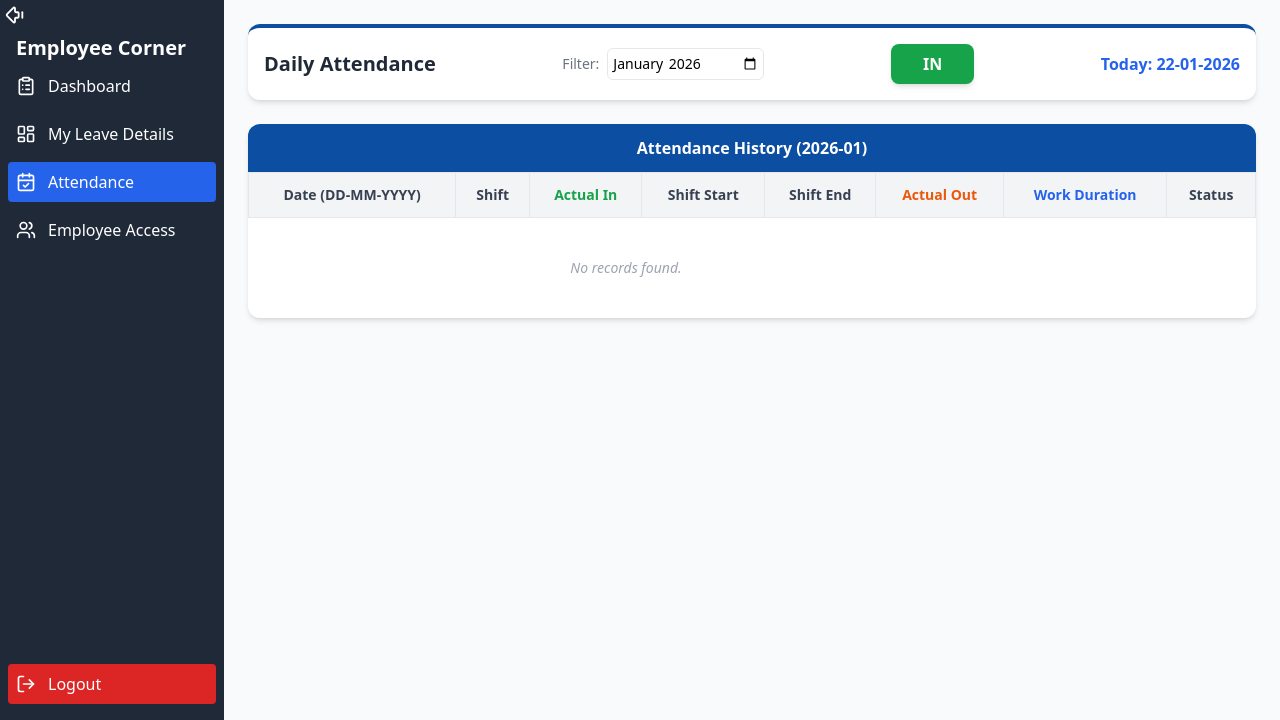
Repository: sixfoxtechnology123/DORIKA_HOSPITAL
Page: /EmployeeAttendance
These files come from the project's save history. The page is drawn as it stood at one moment and after the next save; the edit follows.
The browser window is 1280 px wide. The pictures show the whole page.
The project was rebuilt for these pictures with package versions that can differ from the ones it lists, and the page was loaded fresh each time. Also part of the build but not shown: src/component/HomePage.js, src/component/BackButton.js, src/Master/MasterPage.js, src/component/Sidebar.js, src/Master/DepartmentList.js, src/Master/DepartmentMaster.js, src/Master/DesignationMaster.js, src/Master/DesignationList.js and 40 more.

Above is the page before, as saved 2026-01-22 14:46:09.

After the next save:
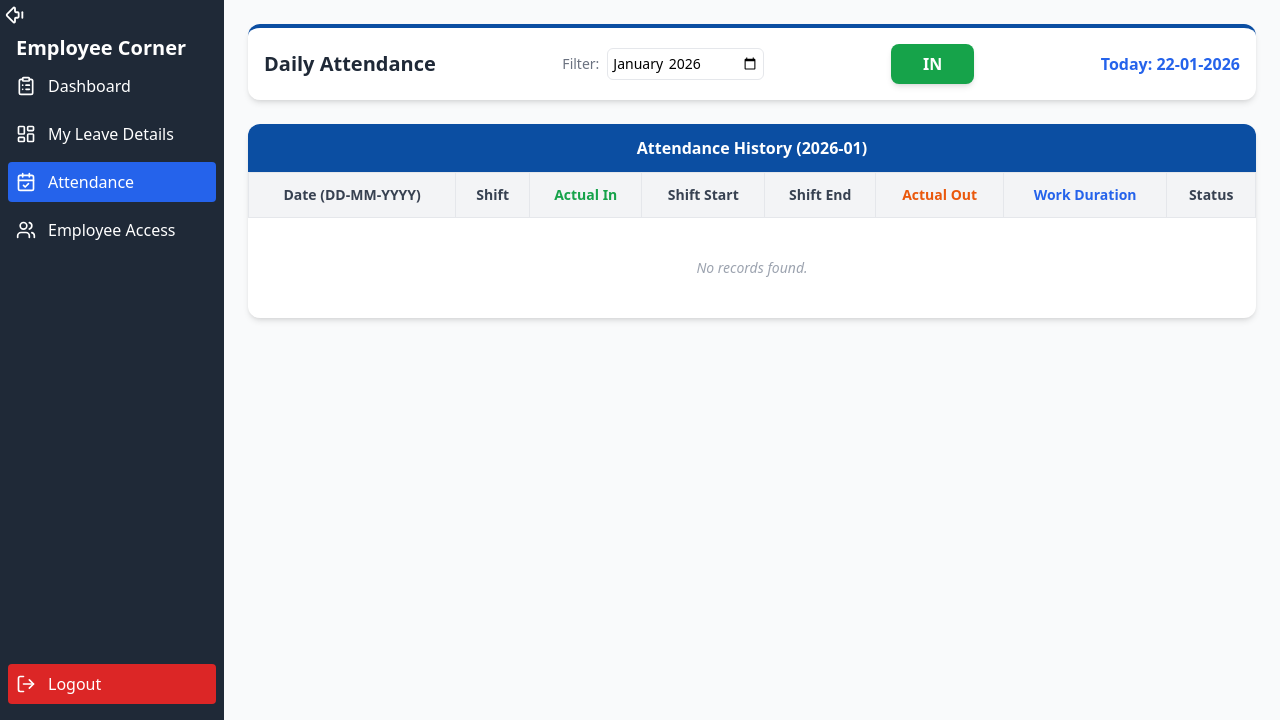
Saved 38 s later.
--- a/src/EmployeeCorner/EmployeeAttendance.js
+++ b/src/EmployeeCorner/EmployeeAttendance.js
@@ -180,72 +180,81 @@ const EmployeeAttendance = () => {
             <th className="p-3 border">Status</th>
           </tr>
         </thead>
-            <tbody>
-                {filteredRecords.length > 0 ? (
-                  filteredRecords.slice().reverse().map((rec, index) => {
-                    // Calculate work duration for this row
-                    const workTime = calculateWorkTime(rec.checkInTime, rec.checkOutTime);
-
-                    return (
-                      <tr
-                        key={index}
-                        className={`border-b ${rec.status.includes('Holiday') ? 'bg-yellow-50' : 'hover:bg-blue-50'}`}
-                      >
-                        {/* 1. Date Column */}
-                        <td className="p-3 border font-medium">
-                          {formatDateDisplay(rec.date)}
-                        </td>
-
-                        {/* 2. Shift Code Column (Added based on your new logic) */}
-                        <td className="p-3 border font-bold text-indigo-600">
-                          {rec.shiftCode || "--"}
-                        </td>
-
-                        {/* 3. Times Columns */}
-                        <td className="p-3 border">{rec.checkInTime || "--"}</td>
-                        <td className="p-3 border">{rec.checkOutTime || "--"}</td>
-
-                        {/* 4. Work Duration */}
-                        <td className="p-3 border font-bold text-gray-700">
-                          {workTime}
-                        </td>
-
-                     <td className="p-3 border">
-                        <div className="flex flex-col items-center justify-center gap-1">
-                          <span className={`px-3 py-1 rounded-full text-xs font-bold ${
-                            rec.status === 'Present'
-                              ? 'bg-green-100 text-green-700'
-                              : rec.status === 'Absent'
-                                ? 'bg-red-100 text-red-700'
-                                : rec.status === 'OFF' || rec.status.includes('(OFF)')
-                                  ? 'bg-blue-100 text-blue-700 border border-blue-200' // Blue for OFF days
-                                  : rec.status.includes('SL')
-                                    ? 'bg-purple-100 text-purple-700' // Purple for Sick Leave
-                                    : rec.status.includes('CL')
-                                      ? 'bg-orange-100 text-orange-700' // Orange for Casual Leave
-                                      : 'bg-gray-100 text-gray-700'
-                          }`}>
-                            {rec.status}
-                          </span>
-
-                          {/* Late Entry Warning */}
-                          {rec.status === 'Absent' && rec.checkInTime && rec.checkInTime !== "--" && (
-                            <span className="text-[10px] text-red-500 font-bold uppercase tracking-tighter">
-                              Late Entry
-                            </span>
-                          )}
-                        </div>
-                      </td>
-                      </tr>
-                    );
-                  })
-                ) : (
-                  <tr>
-                    {/* Increased colSpan to 6 because we added the 'Shift' column */}
-                    <td colSpan="6" className="p-10 text-gray-400 italic">No records found.</td>
-                  </tr>
-                )}
-              </tbody>
+          <tbody>
+  {filteredRecords.length > 0 ? (
+    filteredRecords.slice().reverse().map((rec, index) => {
+      const workTime = calculateWorkTime(rec.checkInTime, rec.checkOutTime);
+
+      return (
+        <tr
+          key={index}
+          className={`border-b ${rec.status.includes('Holiday') ? 'bg-yellow-50' : 'hover:bg-blue-50'}`}
+        >
+          {/* 1. Date */}
+          <td className="p-3 border font-medium">
+            {formatDateDisplay(rec.date)}
+          </td>
+
+          {/* 2. Shift Code */}
+          <td className="p-3 border font-bold text-indigo-600">
+            {rec.shiftCode || "--"}
+          </td>
+
+          {/* 3. Actual In Time */}
+          <td className="p-3 border font-semibold text-green-700">
+            {rec.checkInTime || "--"}
+          </td>
+
+          {/* 4. Shift Start Time */}
+          <td className="p-3 border text-gray-500 italic">
+            {rec.shiftStartTime || "--"}
+          </td>
+
+          {/* 5. Shift End Time */}
+          <td className="p-3 border text-gray-500 italic">
+            {rec.shiftEndTime || "--"}
+          </td>
+
+          {/* 6. Actual Out Time */}
+          <td className="p-3 border font-semibold text-orange-700">
+            {rec.checkOutTime || "--"}
+          </td>
+
+          {/* 7. Total Work Duration */}
+          <td className="p-3 border font-bold text-gray-700">
+            {workTime}
+          </td>
+
+          {/* 8. Status & Late Entry Logic */}
+          <td className="p-3 border text-center">
+            <div className="flex flex-col items-center justify-center gap-1">
+              <span className={`px-3 py-1 rounded-full text-xs font-bold ${
+                rec.status === 'Present'
+                  ? 'bg-green-100 text-green-700'
+                  : rec.status === 'Absent'
+                    ? 'bg-red-100 text-red-700'
+                    : 'bg-gray-100 text-gray-700'
+              }`}>
+                {rec.status}
+              </span>
+
+              {/* Late Entry logic: Show if status is Present but marked as Late from backend */}
+              {(rec.isLateEntry || (rec.status === 'Present' && rec.isLate)) && (
+                <span className="text-[10px] text-red-500 font-bold uppercase animate-pulse">
+                  Late Entry
+                </span>
+              )}
+            </div>
+          </td>
+        </tr>
+      );
+    })
+  ) : (
+    <tr>
+      <td colSpan="8" className="p-10 text-gray-400 italic text-center">No records found.</td>
+    </tr>
+  )}
+</tbody>
             </table>
           </div>
         </div>
